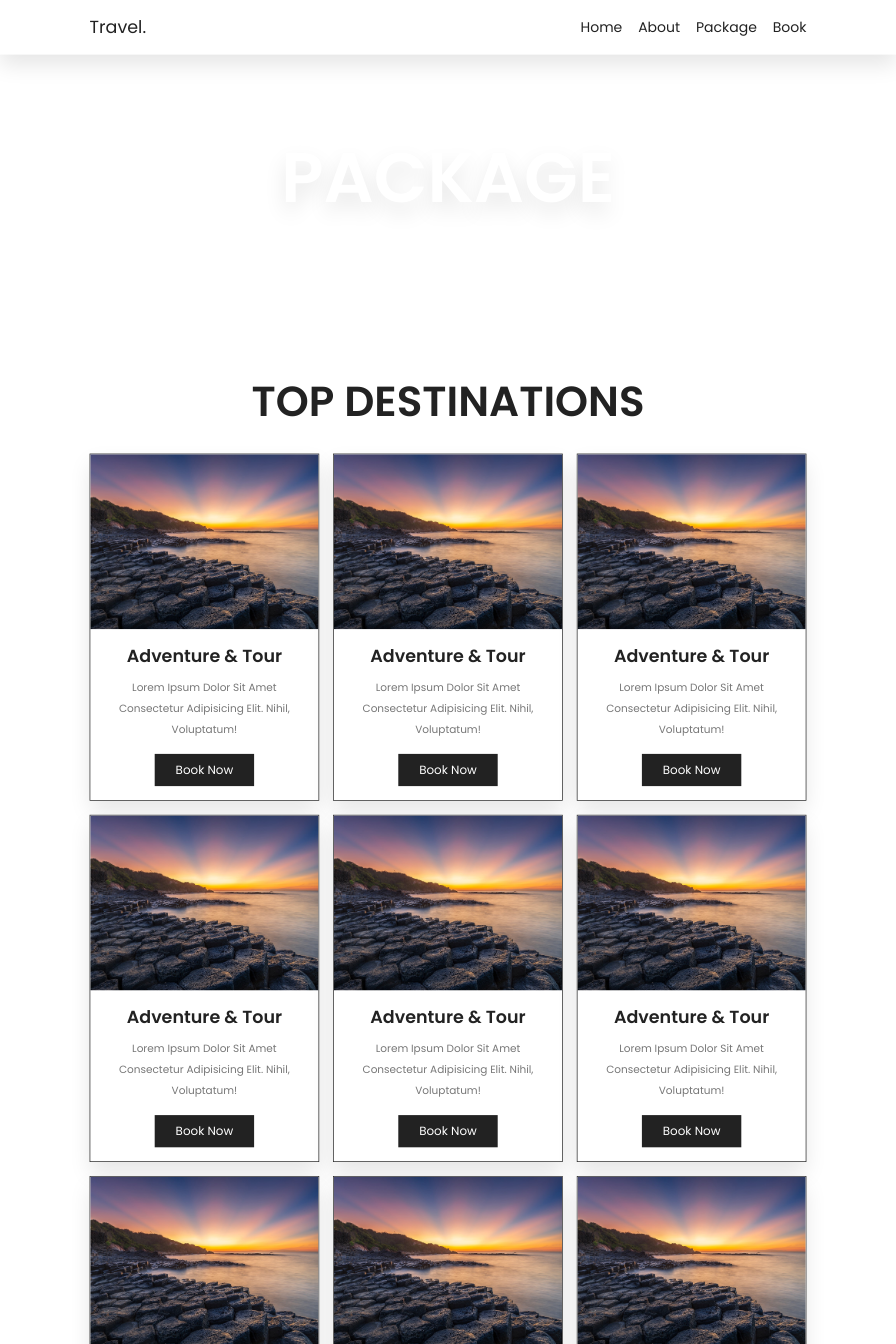
Repository: CTCuong/Traveloka-Web
Page: assets/package.html
These files come from the project's save history. The page is drawn as it stood at one moment and after the next save; the edit follows.
The browser window is 1280 px wide. The pictures show the part of the page from y = 0 to 1920 px (the page is 3464 px tall), at 70% of full size.
Backgrounds fixed to the window are drawn as part of the page.

Above is the page before, as saved 2023-07-08 00:42:31.

After the next save:
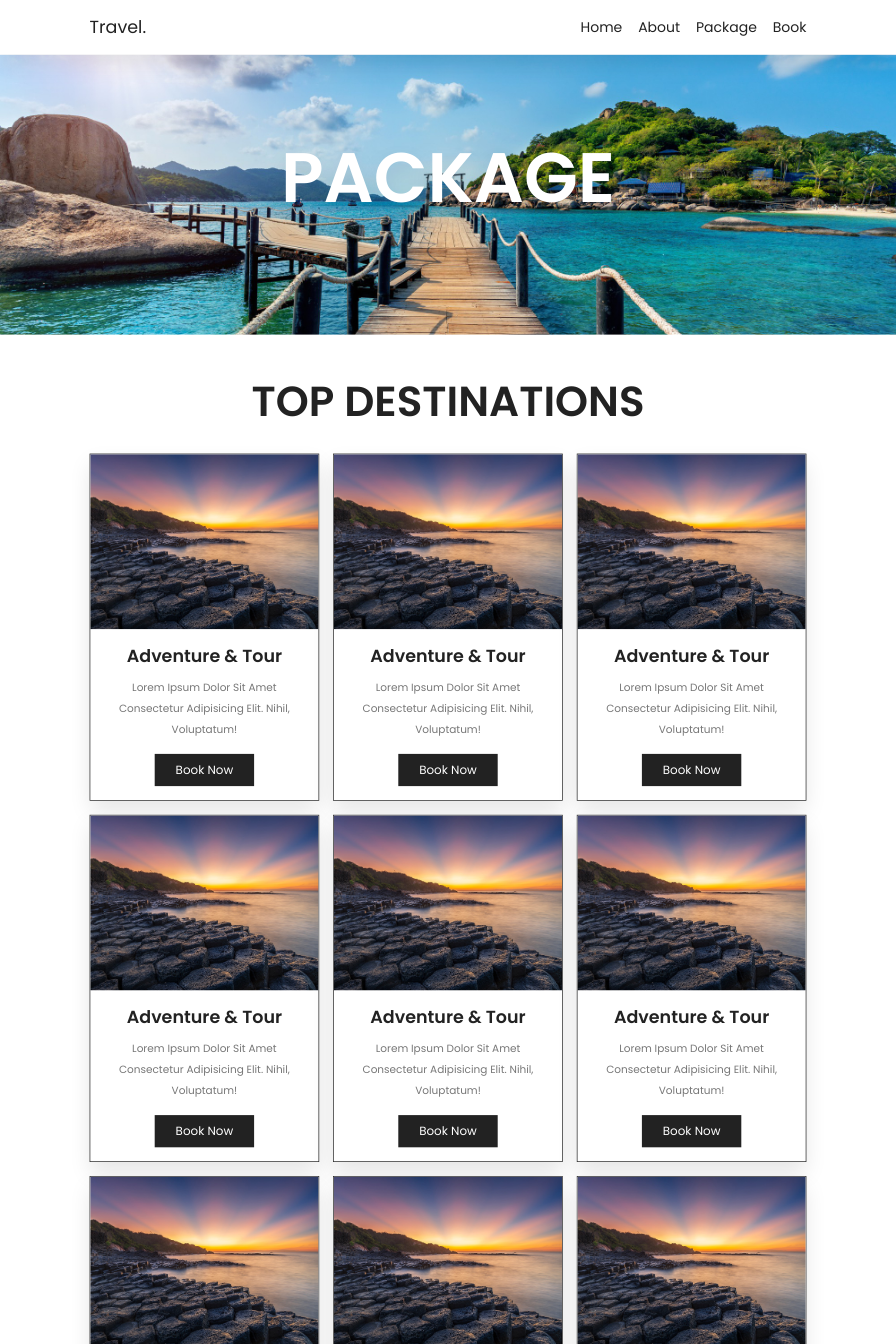
Saved 92 s later.
--- a/assets/package.html
+++ b/assets/package.html
@@ -28,7 +28,7 @@
     </section>
     <!-- header section ends -->
 
-    <div class="heading" style="background: url() no-repeat;">
+    <div class="heading" style="background: url(/assets/image/Packages/2.jpg) no-repeat;">
         <h1>Package</h1>
     </div>
 
